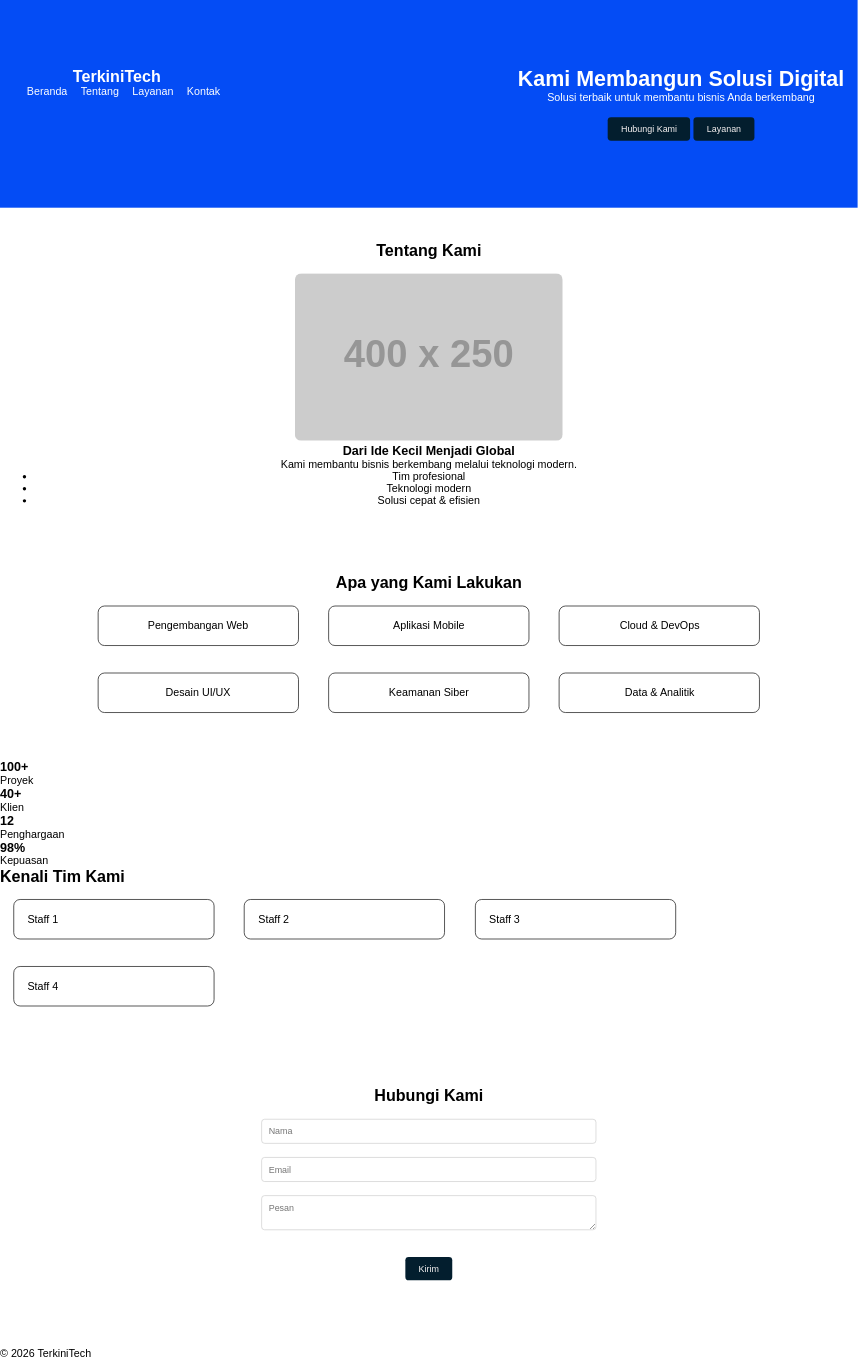
Repository: rufi1126/241552010002-Web-Application-Development
Page: uts/index.html
These files come from the project's save history. The page is drawn as it stood at one moment and after the next save; the edit follows.
The browser window is 1280 px wide. The pictures show the whole page, at 67% of full size.

Above is the page before, as saved 2026-05-08 01:41:07.

After the next save:
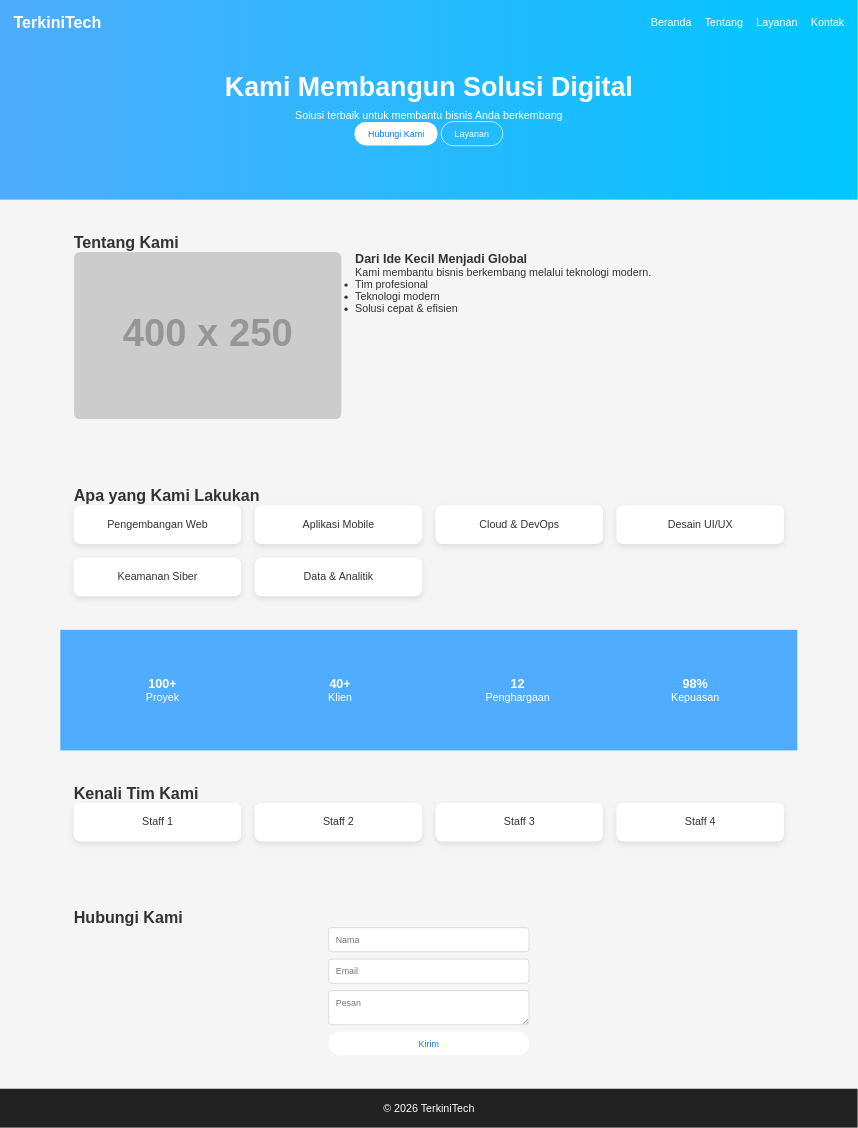
Saved 54 s later.
--- a/uts/style.css
+++ b/uts/style.css
@@ -1,100 +1,32 @@
-* {
-    margin: 0;
-    padding: 0;
-    box-sizing: border-box;
-    font-family: Arial, sans-serif;
-}
+*{margin:0;padding:0;box-sizing:border-box;font-family:Arial}
+body{background:#f5f5f5;color:#333}
 
-header {
-    display: flex;
-    justify-content: space-between;
-    padding: 20px;
-    background: #2d2d30;
-    color: rgb(244, 244, 244);
-}
+.hero{background:linear-gradient(to right,#4facfe,#00c6ff);color:white;padding:20px}
+.navbar{display:flex;justify-content:space-between;align-items:center}
+.navbar ul{display:flex;gap:20px;list-style:none}
 
-nav ul {
-    display: flex;
-    list-style: none;
-}
+.hero-content{text-align:center;padding:60px 20px}
+.hero h1{font-size:40px;margin-bottom:10px}
 
-nav ul li {
-    margin-left: 20px;
-}
+.btn{padding:10px 20px;border:none;border-radius:20px;cursor:pointer}
+.primary{background:white;color:#007BFF}
+.outline{background:transparent;border:1px solid white;color:white}
 
-nav ul li a {
-    color: rgb(255, 255, 255);
-    text-decoration: none;
-}
+section{padding:50px 20px;max-width:1100px;margin:auto}
 
-nav ul li a:hover {
-    color: cyan;
-}
+.about-content{display:flex;gap:20px;flex-wrap:wrap}
+.about img{width:400px;border-radius:10px}
 
-/* bagian Hero */
-.hero {
-    text-align: center;
-    padding: 100px 20px;
-    background: #044cf5;
-    color: white;
-}
+.service-grid{display:grid;grid-template-columns:repeat(auto-fit,minmax(200px,1fr));gap:20px}
+.card{background:white;padding:20px;border-radius:10px;text-align:center;box-shadow:0 4px 10px rgba(0,0,0,0.1)}
 
-.btn {
-    display: inline-block;
-    margin-top: 20px;
-    padding: 10px 20px;
-    background: rgb(3, 30, 46);
-    color: rgb(247, 242, 242);
-    border-radius: 5px;
-    text-decoration: none;
-}
+.stats{display:grid;grid-template-columns:repeat(4,1fr);text-align:center;background:#4facfe;color:white}
+.stats div{padding:20px}
 
-/* Bagian About */
-.about {
-    padding: 50px;
-    text-align: center;
-}
+.team-grid{display:grid;grid-template-columns:repeat(auto-fit,minmax(200px,1fr));gap:20px}
 
-.about img {
-    margin-top: 20px;
-    border-radius: 10px;
-}
+.contact-box{display:flex;justify-content:center}
+form{display:flex;flex-direction:column;gap:10px;width:300px}
+input,textarea{padding:10px;border-radius:5px;border:1px solid #ccc}
 
-/* Bagian services */
-.services {
-    padding: 50px;
-    background: #ffffff;
-    text-align: center;
-}
-
-.card {
-    display: inline-block;
-    width: 300px;
-    margin: 20px;
-    padding: 20px;
-    border: 1px solid #050505;
-    border-radius: 10px;
-}
-
-/* Bagian contact */
-.contact {
-    padding: 100px;
-    text-align: center;
-}
-
-form input, form textarea {
-    display: block;
-    width: 500px;
-    margin: 20px auto;
-    padding: 10px;
-    border-radius: 5px;
-    border: 1px solid #ccc;
-}
-
-button {
-    padding: 10px 20px;
-    background: #0f172a;
-    color: white;
-    border: none;
-    border-radius: 5px;
-}
+footer{text-align:center;padding:20px;background:#222;color:white}
